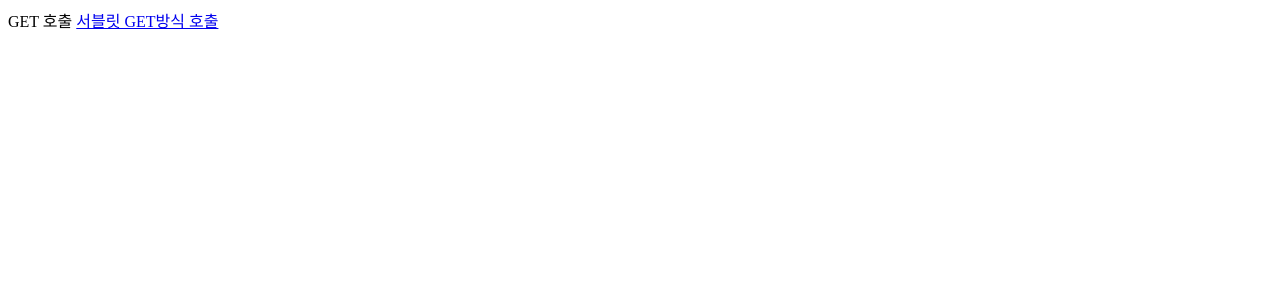
Repository: Won-Hyuk-Lee/kosta_java
Page: http://localhost/web_prj/Practice_Servlet_Call.jsp
An editor plug-in stored every save of this project. The page is shown before and after the next save, followed by the edit.
The browser window is 1280 px wide. The pictures show the whole page.
The page is served by Tomcat 9. Nobody is signed in. The application's start-up code is not run.

Above is the page before, as saved 2024-05-21 07:28:36.

After the next save:
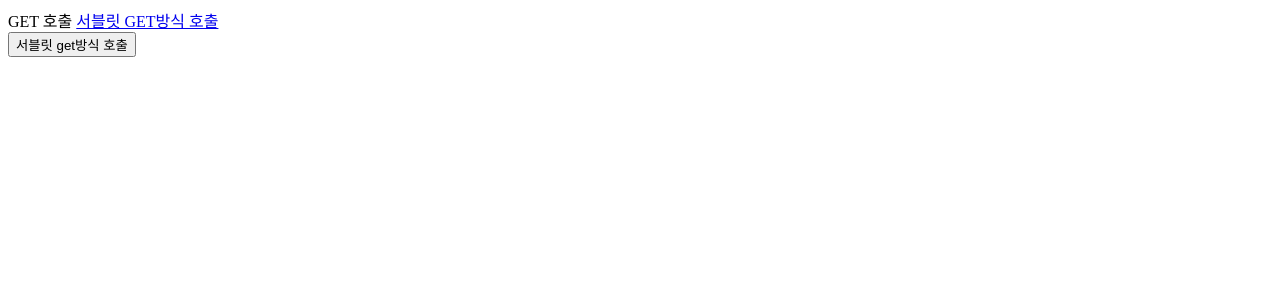
Saved 13 s later.
--- a/web_prj/src/main/webapp/Practice_Servlet_Call.jsp
+++ b/web_prj/src/main/webapp/Practice_Servlet_Call.jsp
@@ -11,5 +11,10 @@ GET 호출
 <!-- <a href="http://localhost:8081/board_servlet_url">서블릿 GET방식 호출</a>  -->
 <a href="/board_servlet_url">서블릿 GET방식 호출</a>
 
+<form method="get" action="/board_servlet_url">
+	<input type = "submit" value = "서블릿 get방식 호출">
+
+
+</form>
 </body>
 </html>
